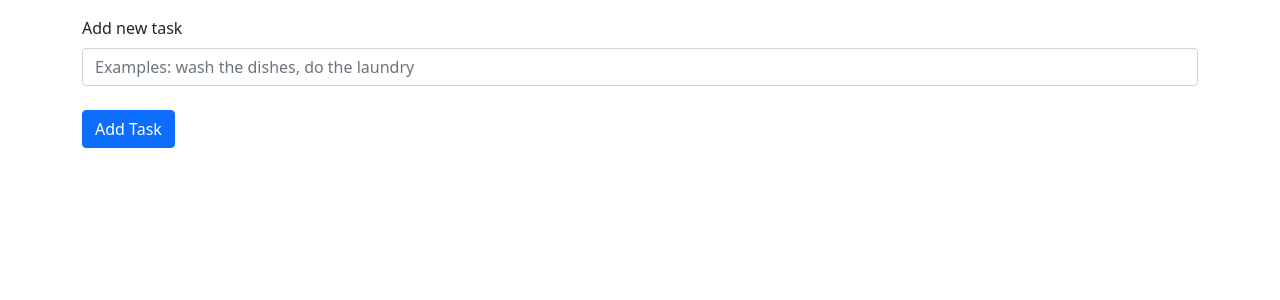
Repository: jchukwuezi/React-RestEASY-CRUD
Page: / (app in frontend/)
An editor plug-in stored every save of this project. The page is shown before and after the next save, followed by the edit.
The browser window is 1280 px wide. The pictures show the whole page.
The project was rebuilt for these pictures with package versions that can differ from the ones it lists, and the page was loaded fresh each time.

Above is the page before, as saved 2022-03-26 13:07:13.

### frontend/src/App.js
import {Container, Form, Button} from 'react-bootstrap'

function App() {
  return (
    <Container className>
      <Form className='mt-3'>
        <Form.Group>
            <Form.Label>Add new task</Form.Label>
            <Form.Control placeholder='Examples: wash the dishes, do the laundry' />
            <Button className='mt-4'>Add Task</Button>
        </Form.Group>
      </Form>
    </Container>
  );
}

export default App;

Loaded but not shown: frontend/public/index.html (common file); frontend/src/index.js (common file); frontend/src/index.css (common file); frontend/src/reportWebVitals.js (common file)

After the next save:
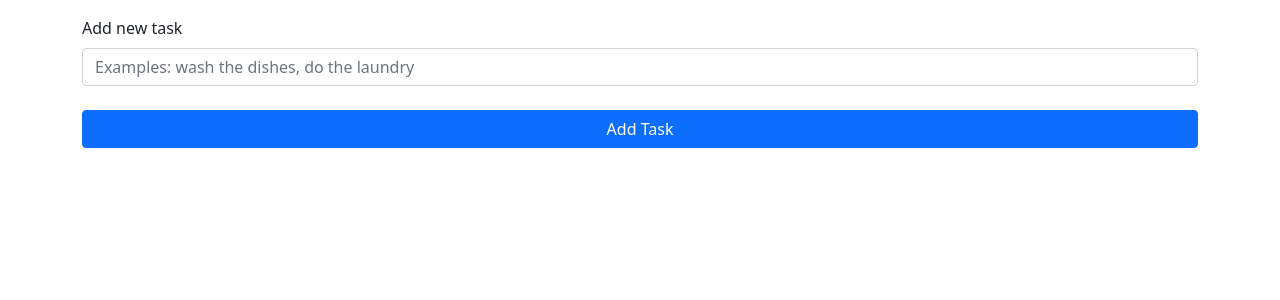
Saved 101 s later.
--- a/frontend/src/App.js
+++ b/frontend/src/App.js
@@ -7,7 +7,9 @@ function App() {
         <Form.Group>
             <Form.Label>Add new task</Form.Label>
             <Form.Control placeholder='Examples: wash the dishes, do the laundry' />
-            <Button className='mt-4'>Add Task</Button>
+            <div className='d-grid'>
+              <Button className='mt-4'>Add Task</Button>
+            </div>
         </Form.Group>
       </Form>
     </Container>
